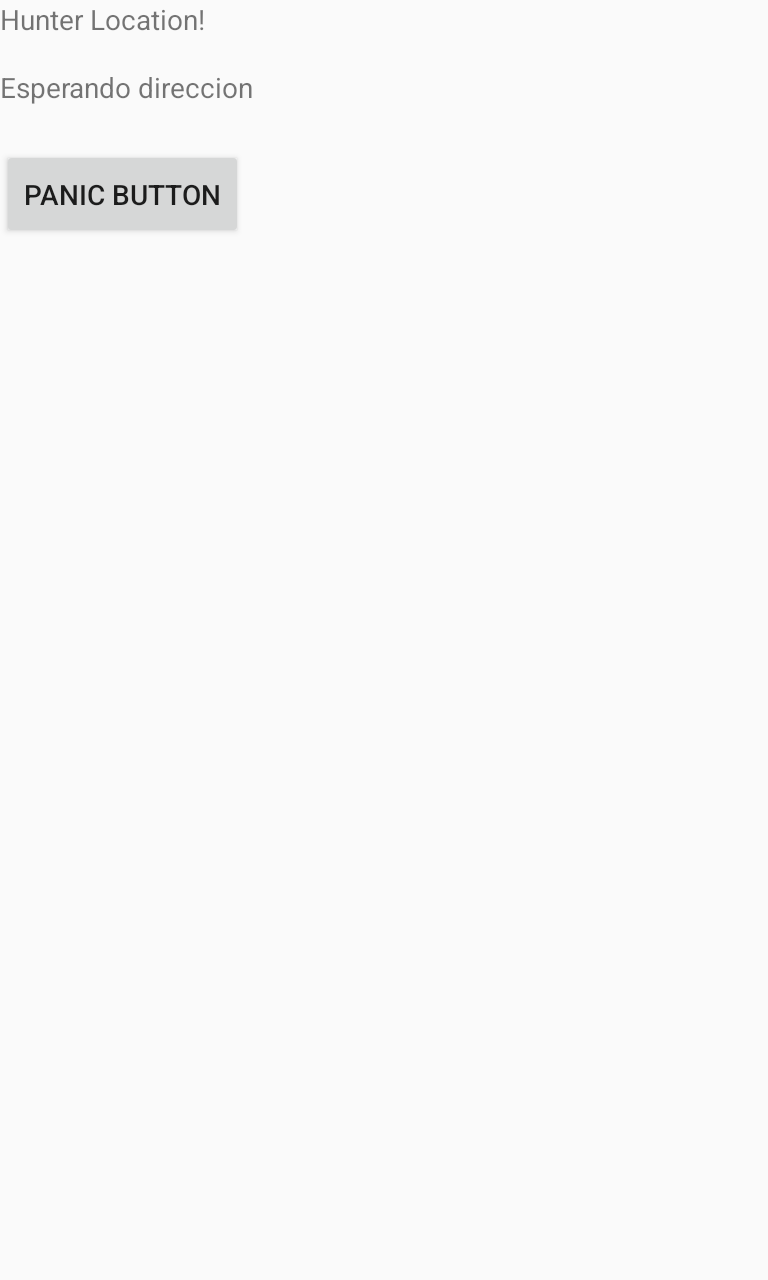
Repository: aludena18/android_apps
Layout: AlarmServiceLocation/res/layout/activity_main.xml
An editor plug-in stored every save of this project. The layout is shown before and after the next save, followed by the edit.
It is drawn on a 768 x 1280 px phone screen (xhdpi) without system bars, with theme AppTheme; the app's code is not run.

Above is the layout before, as saved 2015-07-16 21:38:03.

### AlarmServiceLocation/res/layout/activity_main.xml
<LinearLayout xmlns:android="http://schemas.android.com/apk/res/android"
    xmlns:tools="http://schemas.android.com/tools"
    android:layout_width="match_parent"
    android:layout_height="match_parent"
    android:orientation="vertical"
    tools:context="com.alg.alarmservicelocation.MainActivity" >

    <TextView
        android:layout_width="wrap_content"
        android:layout_height="wrap_content"
        android:text="@string/hello_world" />

    <LinearLayout
        android:layout_width="wrap_content"
        android:layout_height="wrap_content"
        android:orientation="horizontal" >

        <TextView
            android:id="@+id/txvDireccion"
            android:layout_width="wrap_content"
            android:layout_height="wrap_content"
            android:layout_marginTop="15dp"
            android:text="@string/etqTxvDireccion" />
    </LinearLayout>

    <LinearLayout
        android:paddingTop="20dp"
        android:layout_width="wrap_content"
        android:layout_height="wrap_content"
        android:orientation="horizontal" >
        <Button
            android:id="@+id/btnPanic"
            android:layout_width="wrap_content"
            android:layout_height="wrap_content"
            android:text="@string/etqBtnPanic" />
    </LinearLayout>

</LinearLayout>

### AlarmServiceLocation/res/values/strings.xml
<?xml version="1.0" encoding="utf-8"?>
<resources>

    <string name="app_name">Alarm Service Location</string>
    <string name="hello_world">Hunter Location!</string>
    <string name="action_settings">Settings</string>

    <string name="etqBtnPanic">Panic Button</string>
    <string name="etqTxvDireccion">Esperando direccion</string>

</resources>

Loaded but not shown: AlarmServiceLocation/res/values/styles.xml (common file); AlarmServiceLocation/res/values-v11/styles.xml (common file); AlarmServiceLocation/res/values-v14/styles.xml (common file)

After the next save:
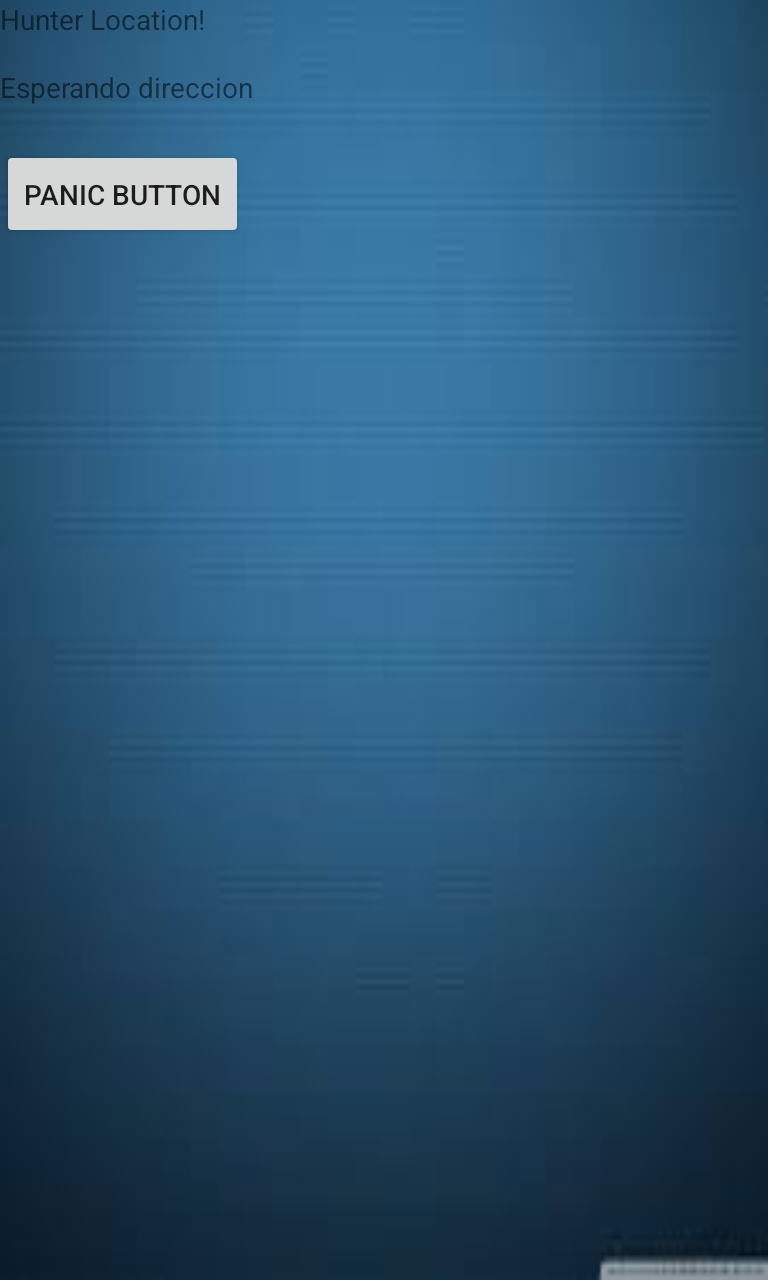
Saved 60 min 3 s later.
--- a/AlarmServiceLocation/res/layout/activity_main.xml
+++ b/AlarmServiceLocation/res/layout/activity_main.xml
@@ -3,6 +3,7 @@
     android:layout_width="match_parent"
     android:layout_height="match_parent"
     android:orientation="vertical"
+    android:background="@drawable/fondo1"
     tools:context="com.alg.alarmservicelocation.MainActivity" >
 
     <TextView
